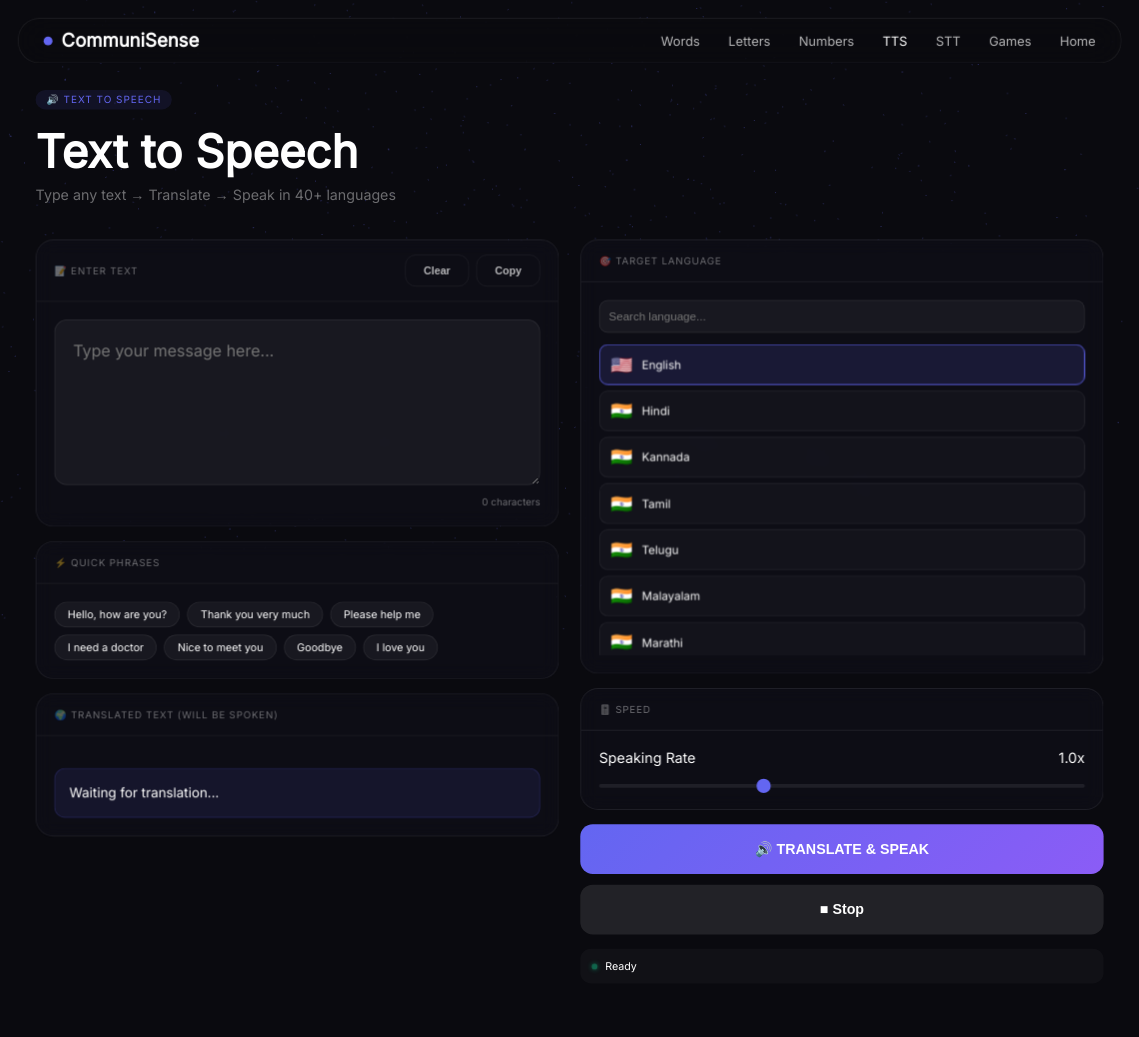
Repository: AI-Devsara01/-Real-Time-Multimodal-Communication-Platform-for-Speech-and-Hearing-Impaired-Individuals
Page: http://localhost/tts
An editor plug-in stored every save of this project. The page is shown before and after the next save, followed by the edit.
The browser window is 1280 px wide. The pictures show the whole page, at 89% of full size.
The page is served by the project's application, run on Flask 3 (app.py).

Above is the page before, as saved 2026-04-21 10:01:27.

After the next save:
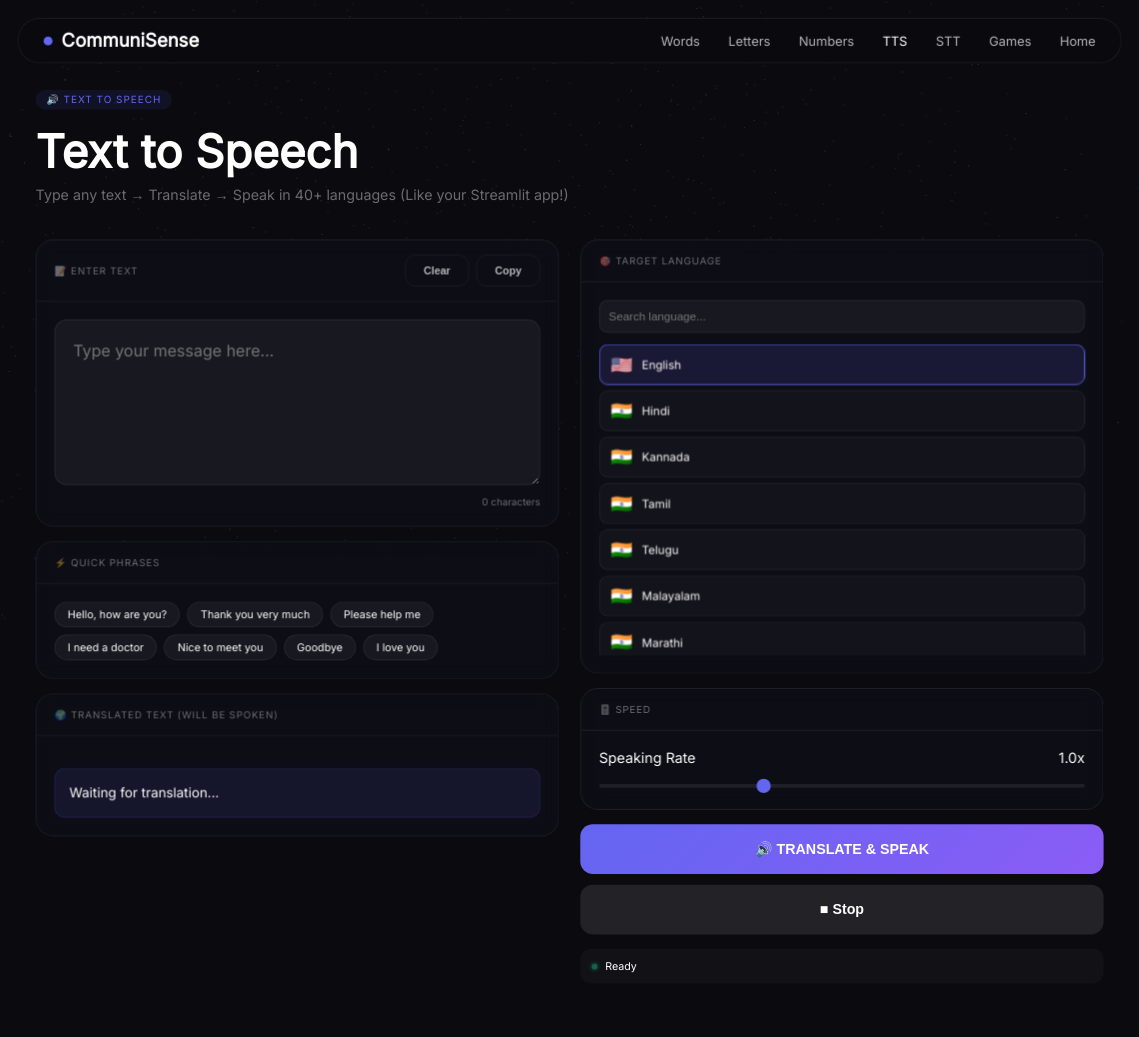
Saved 18 min 37 s later.
--- a/templates/tts.html
+++ b/templates/tts.html
@@ -73,7 +73,7 @@
     <div style="margin-bottom:40px">
         <span class="section-label">🔊 Text to Speech</span>
         <h1 style="font-size: clamp(32px,4vw,52px); font-weight:800;">Text to Speech</h1>
-        <p style="color:var(--text-muted); margin-top:8px;">Type any text → Translate → Speak in 40+ languages</p>
+        <p style="color:var(--text-muted); margin-top:8px;">Type any text → Translate → Speak in 40+ languages (Like your Streamlit app!)</p>
     </div>
     <div class="tts-grid">
         <div>
@@ -145,10 +145,7 @@
         { name: "Korean", code: "ko", flag: "🇰🇷" },
         { name: "Chinese", code: "zh", flag: "🇨🇳" },
         { name: "Arabic", code: "ar", flag: "🇸🇦" },
-        { name: "Turkish", code: "tr", flag: "🇹🇷" },
-        { name: "Dutch", code: "nl", flag: "🇳🇱" },
-        { name: "Polish", code: "pl", flag: "🇵🇱" },
-        { name: "Swedish", code: "sv", flag: "🇸🇪" }
+        { name: "Turkish", code: "tr", flag: "🇹🇷" }
     ];
     let selectedLang = LANGUAGES[0];
     let currentAudio = null;
@@ -183,7 +180,8 @@
             }
             setStatus('Generating speech...', 'loading');
             speakBtn.textContent = '⏳ Generating...';
-            const ttsResponse = await fetch('/api/tts_fixed', {
+            // Use the new endpoint that works like your Streamlit code
+            const ttsResponse = await fetch('/api/tts_streamlit', {
                 method: 'POST',
                 headers: { 'Content-Type': 'application/json' },
                 body: JSON.stringify({ text: finalText, lang: selectedLang.code })
@@ -220,7 +218,7 @@
             await audio.play();
         } catch (err) {
             console.error('Error:', err);
-            document.getElementById('errorMsg').innerHTML = `❌ Error: ${err.message}. Make sure Flask server is running and gTTS is installed.`;
+            document.getElementById('errorMsg').innerHTML = `❌ Error: ${err.message}. Make sure Flask server is running.`;
             document.getElementById('errorMsg').style.display = 'block';
             setStatus('Error', 'error');
             speakBtn.disabled = false;
